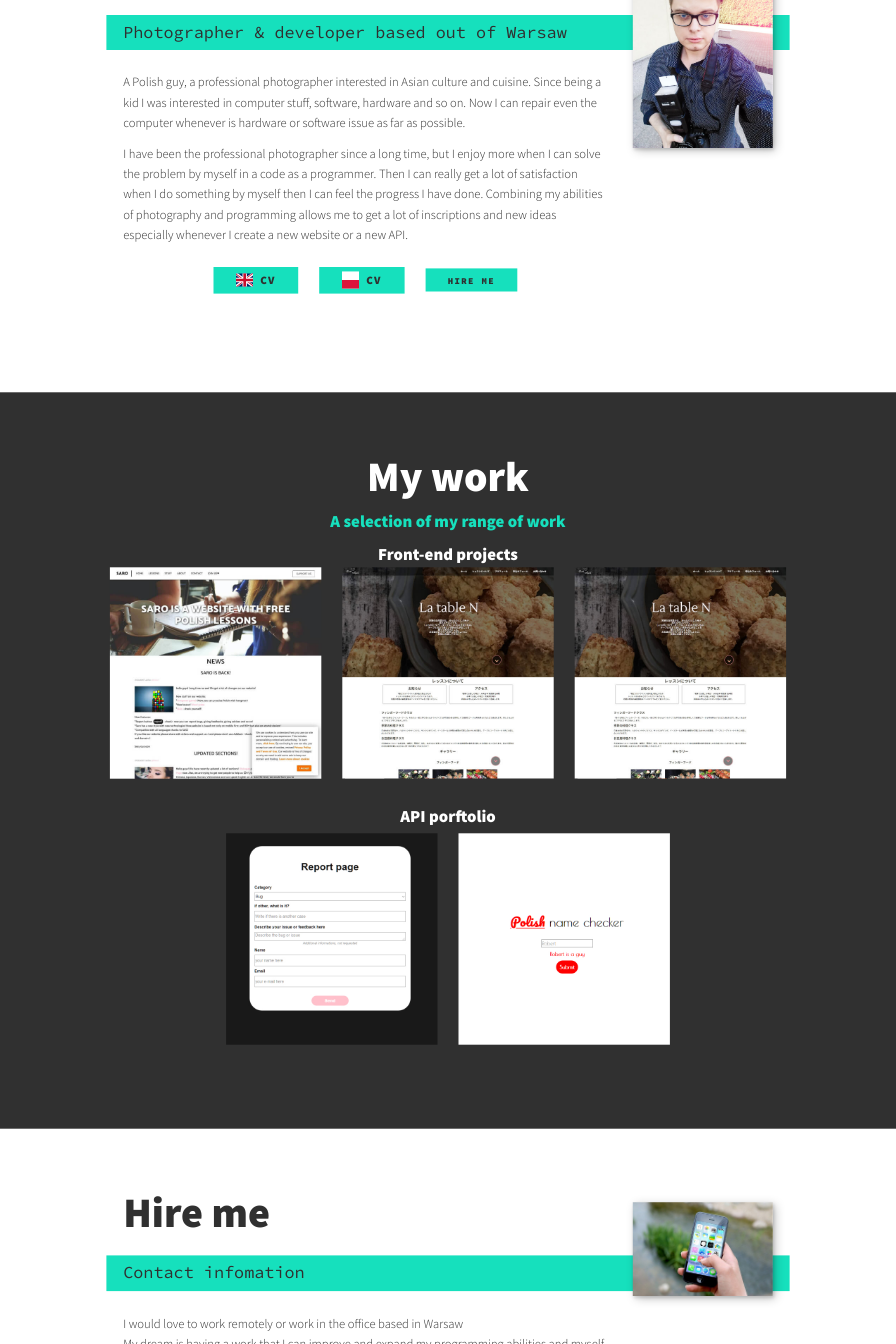
Repository: michalskirobert/michalskirobert.github.io
Page: index.html
An editor plug-in stored every save of this project. The page is shown before and after the next save, followed by the edit.
The browser window is 1280 px wide. The pictures show the part of the page from y = 1529 to 3449 px (the page is 4337 px tall), at 70% of full size.
Some web libraries are served in a nearby version.

Above is the page before, as saved 2020-10-29 22:48:32.
Console error: TypeError: Cannot read properties of null (reading 'addEventListener')

### index.html
<!DOCTYPE html>
<html lang="en">

<head>
    <meta charset="UTF-8">
    <meta name="viewport" content="width=device-width, initial-scale=1.0">
    <meta name="theme-color" content="#16e0bd"/>
    <meta name="apple-mobile-web-app-status-bar-style" content="#16e0bd"/>

    <title>Robert Michalski</title>
    <link rel="stylesheet" href="https://cdnjs.cloudflare.com/ajax/libs/normalize/7.0.0/normalize.min.css">
    <link rel="stylesheet" href="https://cdnjs.cloudflare.com/ajax/libs/font-awesome/5.11.2/css/all.css"
        integrity="sha256-46qynGAkLSFpVbEBog43gvNhfrOj+BmwXdxFgVK/Kvc=" crossorigin="anonymous" />

    <!-- Update these with your own fonts -->
    <link href="https://fonts.googleapis.com/css?family=Source+Code+Pro:400,900|Source+Sans+Pro:300,900&display=swap"
        rel="stylesheet">

    <link rel="stylesheet" href="css/style.css">

</head>

<body>
    <header>
        <div class="logo">
            <i class="fas fa-terminal"></i>
            <p class="name"></p>
        </div>
        <button class="nav-toggle" aria-label="toggle navigation">
            <span class="hamburger"></span>
        </button>
        <nav class="nav">
            <ul class="nav__list">
                <li class="nav__item"><a href="#home" class="nav__link">Home</a></li>
                <li class="nav__item"><a href="#skills" class="nav__link">My skills</a></li>
                <li class="nav__item"><a href="#about" class="nav__link">About me</a></li>
                <li class="nav__item"><a href="#work" class="nav__link">My Work</a></li>
                <li class="nav__item"><a href="#hire-me" class="nav__link">Hire me</a></li>
            </ul>
        </nav>
    </header>

    <!-- Introduction -->
    <section class="intro" id="home">
        <h1 class="section__title section__title--intro">
            Hi, I am <strong>Robert <br>
                Michalski</strong>
        </h1>
        <p class="section__subtitle section__subtitle--intro">front-end dev</p>
        <img src="img/dev-robert.jpg" alt="a picture of me with smile :)" class="intro__img">
        <div class="button__item">
            <a href="#about" class="btn">About me</a>
        </div>
    </section>


    <!-- My skills -->
    <section class="my-skills" id="skills">
        <h2 class="section__title section__title--skills">Skills</h2>
        <div class="skills">
            <div class="skill">
                <h3>Technologies</h3>
                <p><i class="fab fa-html5"></i>(Good)</p>
                <p><i class="fab fa-css3-alt"></i>(Good)</p>
                <p><i class="fab fa-sass"></i>(Basic)</p>
                <p><i class="fab fa-js-square"></i>(ES5, ES6, jQuery, JSON - Basic)</b>
                <p><i class="fab fa-github"></i>(Basic)</p>
                <p><i class="fab fa-java"></i>(Very basic)</p>
                <h3>And little bit</h3>
                <div class="skill__row">
                    <i class="fab fa-php"></i>
                    <i class="fab fa-react"></i>
                    <i class="fab fa-node"></i>
                </div>
            </div>
            <!-- / skill -->
            <div class="skill">
                <h3>Tools</h3>
                <div class="image__item">
                    <img src="./img/visual-studio-code-1.svg" alt="Visual Studio Code" />
                    <img src="./img/intellij-idea-1.svg" alt="Inteliji IDEA" />
                    <img src="./img/adobe-xd.svg" alt="Adobe Xd" />
                    <img src="./img/adobe-photoshop-cs6.svg" alt="Adobe Photoshop" />
                    <img src="./img/lightroom-cc.svg" alt="Adobe Lightroom" />
                    <img src="./img/gsap-greensock.svg" alt="GSAP" />
                    <img src="./img/google-analytics-3.svg" alt="Google Analytics" />
                    <img src="./img/google-lighthouse.svg" alt="Google Lighthouse" />
                    <img src="./img/Npm-01.svg" alt="NPM">
                </div>
                <h3>Methods</h3>
                <p>BEM, RWD, <b>Mobile first</b>.</p>
                <p>Following the example of <span>A</span>tomic <span>D</span>esign</p>
            </div>
            <!-- / skill -->
            <div class="skill">
                <h3>Languages</h3>
                <p>Polish</p>
                <p>English</p>
                <p>Korean</p>
                <p>Japanese</p>
            </div>
            <!-- / skill -->
        </div>
        <!-- / skills -->

        <a href="#work" class="btn">My Work</a>
    </section>


    <!-- About me -->
    <section class="about-me" id="about">
        <h2 class="section__title section__title--about">Who I am</h2>
        <p class="section__subtitle section__subtitle--about">Photographer & developer based out of Warsaw</p>

        <div class="about-me__body">
            <p>A Polish guy, a professional photographer interested in Asian culture and cuisine. Since being a kid I
                was
                interested in computer
                stuff, software, hardware and so on. Now I can repair even the computer whenever is hardware or software
                issue as
                far as possible.</p>
            <p>I have been the professional photographer since a long time, but I enjoy more when I can solve the problem by myself in a
                code
                as a programmer. Then I can really get a lot of satisfaction when I do something by myself then I can
                feel the progress I have done. Combining my abilities of photography and programming allows me to get a
                lot of inscriptions and new ideas especially whenever I create a new website or a new API. </p>
        </div>
        <img src="img/dev-robert02.jpg" alt="Photographer Robert Michalski" class="about-me__img">

        <div class="portfolio-item-individual">
            <a href="cv_en.pdf" class="btn" target="_blank"><b><img src="./img/gb.svg" width="25px" height="25px"
                        style="float: left; margin-right: 10px;">CV</b></a>
            <a href="cv.pdf" class="btn" target="_blank"><b><img src="./img/pl.svg" width="25px" height="25px"
                        style="float: left; margin-right: 10px;">CV</b></a>
                        <a href="#hire-me" class="btn">Hire me</a>
        </div>
    </section>

    <!-- My Work -->
    <section class="my-work" id="work">
        <h2 class="section__title section__title--work">My work</h2>
        <p class="section__subtitle section__subtitle--work">A selection of my range of work</p>
        <h3 class="section__title section__title--work">Front-end projects</h3>
        <div class="portfolio">
            <!-- Portfolio item 01 -->
            <div class="portfolio__item">
                <img src="img/portfolio-01.jpg" alt="Saro.website - Website for people studying Polish" class="portfolio__img">
                <div class="describe__item">
                    <div class="describe">
                        <h3>SARO.website</h3>
                        <p>Website was made for people studying Polish</p>
                        <b>Used technologies:</b>
                        <div class="check__item">
                            <i class="fab fa-html5"></i>
                            <i class="fab fa-sass"></i>
                            <i class="fab fa-js-square"></i>
                            <i class="fab fa-php"></i>
                        </div>
                        <div class="check__item">
                            <i class="fab fa-github"></i>
                            <a href="https://github.com/michalskirobert/SARO-2.0.2" target="_blank"><b>Source code</b></a>
                        </div>
                        <div class="check__item">
                            <i class="fas fa-server"></i>
                            <a href="https://saro.website" target="_blank"><b>Live</b></a>
                        </div>
                    </div>
                </div>
            </div>

            <!-- Portfolio item 02 -->
            <div class="portfolio__item">
                <img src="img/portfolio-02.jpg" alt="La Table N - best finger foods in Japan" class="portfolio__img">
                <div class="describe__item">
                    <div class="describe">
                        <h3>La Table N</h3>
                        <p>Website made for Japanese teacher of finger foods</p>
                        <b>Used technologies:</b>
                        <div class="check__item">
                            <i class="fab fa-html5"></i>
                            <i class="fab fa-sass"></i>
                            <i class="fab fa-js-square"></i>
                            <i class="fab fa-php"></i>
                        </div>
                        <div class="check__item">
                            <i class="fab fa-github"></i>
                            <a href="https://github.com/michalskirobert/La-Table-N" target="_blank"><b>Source code</b></a>
                        </div>
                        <div class="check__item">
                            <i class="fas fa-server"></i>
                            <a href="http://latablen.saro.website" target="_blank"><b>Live</b></a>
                        </div>
                    </div>
                </div>
            </div>

            <!-- Portfolio item 03 -->
            <div class="portfolio__item">
                    <img src="img/portfolio-02.jpg" alt="" class="portfolio__img">
                    <div class="describe__item">
                        <div class="discribe">
                    <h3>Korean Drama-web</h3>
                        <p>It was my first mobile first website in mobile first I have learnt on a front-end course</p>
                        <b>Used technologies:</b>
                        <div class="check__item">
                            <i class="fab fa-html5"></i>
                            <i class="fab fa-css3-alt"></i>
                            <i class="fab fa-js-square"></i>
                        </div>
                    </div>
                        <div class="check__item">
                       <a href="#"><i class="fab fa-github"></i>
                        <b>Source code</b></a>
                        </div>
                        <div class="check__item">
                            <a href="#"><i class="fas fa-server"></i>
                        <b>Live</b></a>
                    </div>
                    </div>
                </div>
        </div>
        <h3 class="section__title section__title--work">API porftolio</h3>
        <div class="portfolio">
            <div class="portfolio__item">
                <img src="img/portfolio__api-01.jpg" alt="Report API by Robert Michalski" class="portfolio__img">
                <div class="describe__item">
                    <div class="describe">
                        <h3>Report.JS</h3>
                        <p>Website made for getting infomations about bugs from users, live you can check to click report on saro.website</p>
                        <b>Used technologies:</b>
                        <div class="check__item">
                            <i class="fab fa-html5"></i>
                            <i class="fab fa-sass"></i>
                            <i class="fab fa-js-square"></i>
                            <i class="fab fa-php"></i>
                        </div>
                        <div class="check__item">
                            <a href="https://github.com/michalskirobert/report-JS" target="_blank"><i class="fab fa-github"></i>
                                <b>Source code</b></a>
                        </div>
                        <div class="check__item">
                            <a href="https://michalskirobert.github.io/portfolio/api/01/index.html" target="_blank"><i class="fas fa-server"></i>
                                <b>Live</b></a>
                        </div>
                    </div>
                </div>
            </div>

            <div class="portfolio__item">
                <img src="img/portfolio__api-02.jpg" alt="Polish Name checker by Robert Michalski" class="portfolio__img">
                <div class="describe__item">
                    <div class="describe">
                        <h3>Polish name Checker API</h3>
                        <p>This API I created for people who are confused with Polish names</p>
                        <b>Used technologies:</b>
                        <div class="check__item">
                            <i class="fab fa-html5"></i>
                            <i class="fab fa-css3-alt"></i>
                            <i class="fab fa-js-square"></i>
                        </div>
                        <div class="check__item">
                            <a href="https://github.com/michalskirobert/Polish-name-checker-1.0.0" target="_blank"><i class="fab fa-github"></i>
                                <b>Source code</b></a>
                        </div>
                        <div class="check__item">
                            <a href="https://michalskirobert.github.io/portfolio/api/02/index.html" target="_blank"><i class="fas fa-server"></i>
                                <b>Live</b></a>
                        </div>
                    </div>
                </div>
            </div>
        </div>
    </section>

    <!-- Hire me -->
    <section class="hire-me" id="hire-me">
        <h2 class="section__title section__title--hireMe">Hire me</h2>
        <p class="section__subtitle section__subtitle--hireMe">Contact infomation</p>

        <div class="hire-me__body">
            <p>I would love to work remotely or work in the office based in Warsaw <br>
                My dream is having a work that I can improve and expand my programming abilities and myself in
                front-end.
            </p>
            <p>I would love to learn more about Node.JS, React.JS and even PHP - for me if I can understand more
                back-end then I can be a really good front-end developer
            </p>
            <form action="https://formspree.io/f/moqpdypa" method="POST">
                <h3>Contact</h3>
                <input placeholder="Name or company name" type="text" id="name" name="name" value="" required>
                <input placeholder="Email" type="email" id="email" name="email"
                    onblur="this.setAttribute('value', this.value);" value="" required>
                    <textarea placeholder="Message" rows="1" id="msg" name="message" required></textarea>
                 <button type="submit">Send</button>
            </form>
        </div>
        <img src="img/contact.jpg" alt="Warsaw" class="about-me__img">
    </section>

    <!-- Footer -->
    <footer class="footer">
        <a href="mailto:robertxmichalskio@gmail.com" class="footer__link">robertxmichalskio@gmail.com</a>
        <ul class="social-list">
            <!-- <li class="social-list__item">
                <a class="social-list__link" href="https://codepen.io">
                    <i class="fab fa-codepen"></i>
                </a>
            </li> -->
            <li class="social-list__item">
                <a class="social-list__link" href="https://www.linkedin.com/in/robert-michalski-3792641b3/" target="_blank">
                    <i class="fab fa-linkedin"></i>
                </a>
            </li>
            <li class="social-list__item">
                <a class="social-list__link" href="https://www.facebook.com/oresamashikou/" target="_blank">
                    <i class="fab fa-facebook-square"></i>
                </a>
            </li>
            <li class="social-list__item">
                <a class="social-list__link" href="https://github.com/michalskirobert" target="_blank">
                    <i class="fab fa-github"></i>
                </a>
            </li>
        </ul>
    </footer>
    <div class="intro-slider">
        <div class="intro-text">
            <h2 class="hide">
                <span class="text">ロバート</span>
            </h2>
            <h2 class="hide">
                <span class="text">フロントエンド開発者</span>
            </h2>
            <h2 class="hide">
                <span class="text">ようこそ</span>
            </h2>
        </div>
    </div>
    <div class="slider"></div>
    <script src="https://ajax.googleapis.com/ajax/libs/jquery/3.5.1/jquery.min.js"></script>
    <script src="https://cdnjs.cloudflare.com/ajax/libs/gsap/3.5.1/gsap.min.js"
        integrity="sha512-IQLehpLoVS4fNzl7IfH8Iowfm5+RiMGtHykgZJl9AWMgqx0AmJ6cRWcB+GaGVtIsnC4voMfm8f2vwtY+6oPjpQ=="
        crossorigin="anonymous"></script>
    <script src="https://cdnjs.cloudflare.com/ajax/libs/gsap/3.4.2/ScrollTrigger.min.js"></script>
      <script src="https://formspree.io/js/formbutton-v1.min.js" defer></script>
  <script>
    window.formbutton=window.formbutton||function(){(formbutton.q=formbutton.q||[]).push(arguments)};
    formbutton("create", {action: "https://formspree.io/f/moqpdypa"})
  </script>
    <script src="js/index.js"></script>
    <script src="js/animations.js"></script>
    <script src="js/mail.js"></script>
</body>

</html>

### css/reset.css
html, body, div, span, applet, object, iframe,
h1, h2, h3, h4, h5, h6, p, blockquote, pre,
a, abbr, acronym, address, big, cite, code,
del, dfn, em, img, ins, kbd, q, s, samp,
small, strike, strong, sub, sup, tt, var,
b, u, i, center,
dl, dt, dd, ol, ul, li,
fieldset, form, label, legend,
table, caption, tbody, tfoot, thead, tr, th, td,
article, aside, canvas, details, embed,
figure, figcaption, footer, header, hgroup,
menu, nav, output, ruby, section, summary,
time, mark, audio, video {
	margin: 0;
	padding: 0;
	border: 0;
	outline: 0;
	font-size: 100%;
	font: inherit;
	vertical-align: baseline;
	background: transparent;
}
/* HTML5 display-role reset for older browsers */
article, aside, details, figcaption, figure,
footer, header, hgroup, menu, nav, section {
	display: block;
}
body {
	line-height: 1;
}
ol, ul {
	list-style: none;
}
blockquote, q {
	quotes: none;
}
blockquote:before, blockquote:after,
q:before, q:after {
	content: '';
	content: none;
}
table {
	border-collapse: collapse;
	border-spacing: 0;
}

Loaded but not shown: js/animations.js (63 lines, source omitted); js/mail.js (45 lines, source omitted); js/index.js (15 lines, source omitted); css/style.css (1032 lines, source omitted)

After the next save:
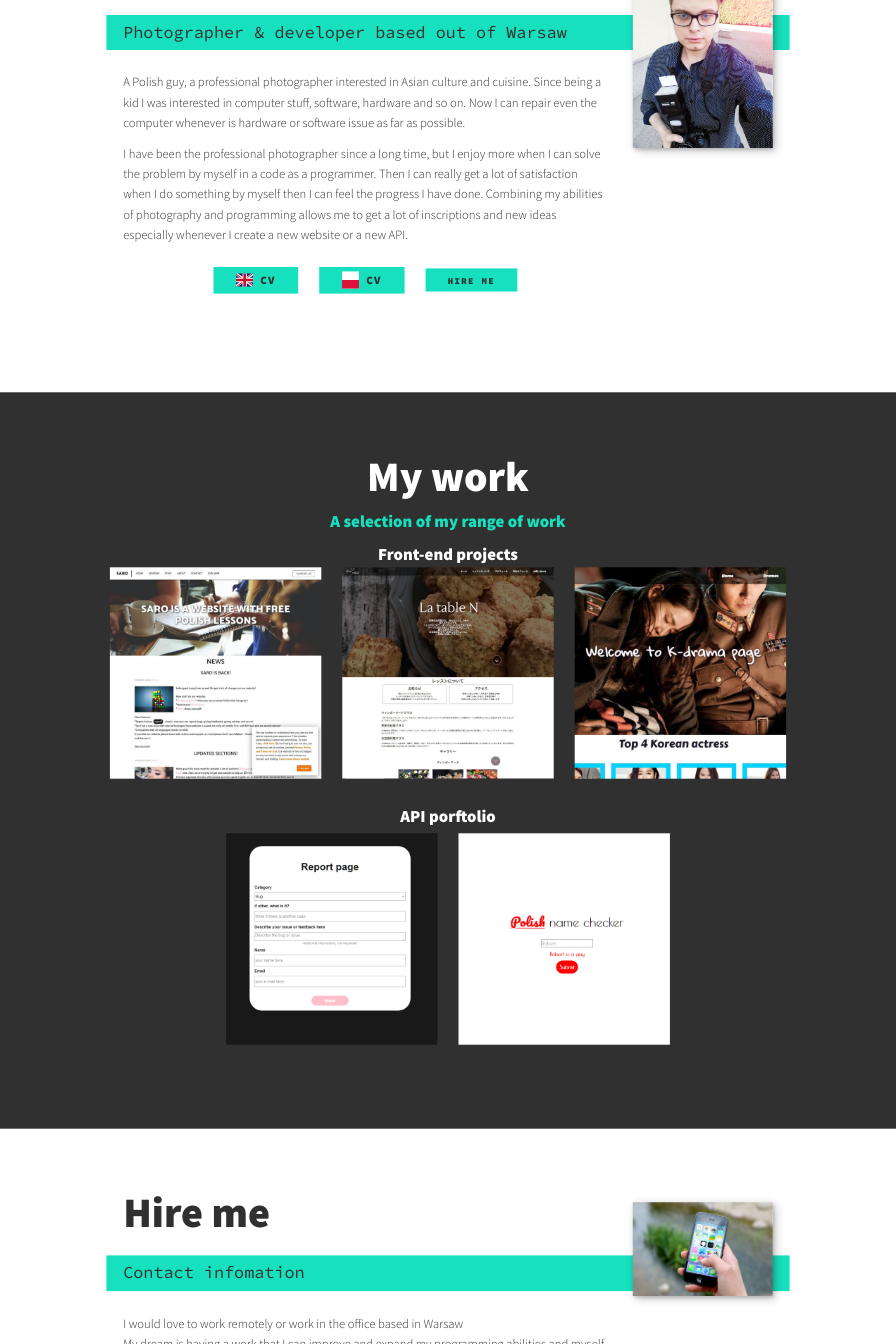
Saved 8 min 58 s later.
--- a/index.html
+++ b/index.html
@@ -196,7 +196,7 @@
 
             <!-- Portfolio item 03 -->
             <div class="portfolio__item">
-                    <img src="img/portfolio-02.jpg" alt="" class="portfolio__img">
+                    <img src="img/portfolio-03.jpg" alt="" class="portfolio__img">
                     <div class="describe__item">
                         <div class="discribe">
                     <h3>Korean Drama-web</h3>
